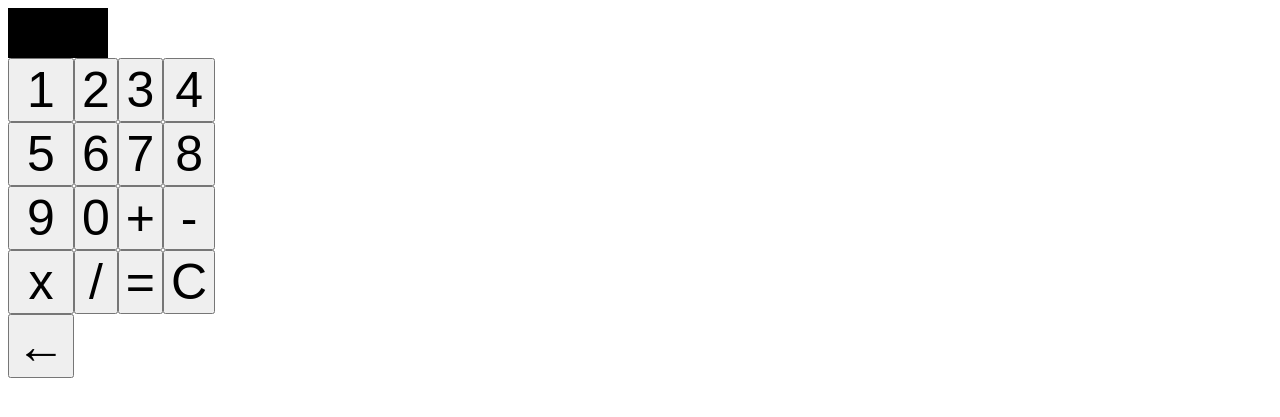
Repository: TEazy2433/LAB-calculator
Page: index.html
The author's editor kept a copy of each file at every save. The page is drawn from the files as they stood at one save, then again after the next save.
The browser window is 1280 px wide. The pictures show the whole page.

Above is the page before, as saved 2023-10-13 18:04:22.

### index.html
<!DOCTYPE html>
<html lang="en">
<head>
  <meta charset="UTF-8">
  <meta name="viewport" content="width=device-width, initial-scale=1.0">
  <title>calculator</title>
  <link rel="stylesheet" href="main.css">
</head>
<body>

  <div class="calculator">
    <div class="display">1</div>
    <div class="buttons">
      <button class="key">1</button>
      <button class="key">2</button>
      <button class="key">3</button>
      <button class="key">4</button>
      <button class="key">5</button>
      <button class="key">6</button>
      <button class="key">7</button>
      <button class="key">8</button>
      <button class="key">9</button>
      <button class="zero">0</button>
      <button class="operator">+</button>
      <button class="operator">-</button>
      <button class="operator">x</button>
      <button class="operator">/</button>
      <button class="operator">=</button>
      <button class="clear">C</button>
      <button class="Arrow">&#8592;</button>



    </div>
  </div>


</body>
</html>

### main.css
.calculator{
  width:100px;
}

.display{
  width: 100%;
  height: 50px;
  background: black;
}
.buttons{
  display: grid;
  grid-template-columns: repeat(4, 1fr);

}
button{
  font-size: 50px;
}

After the next save:
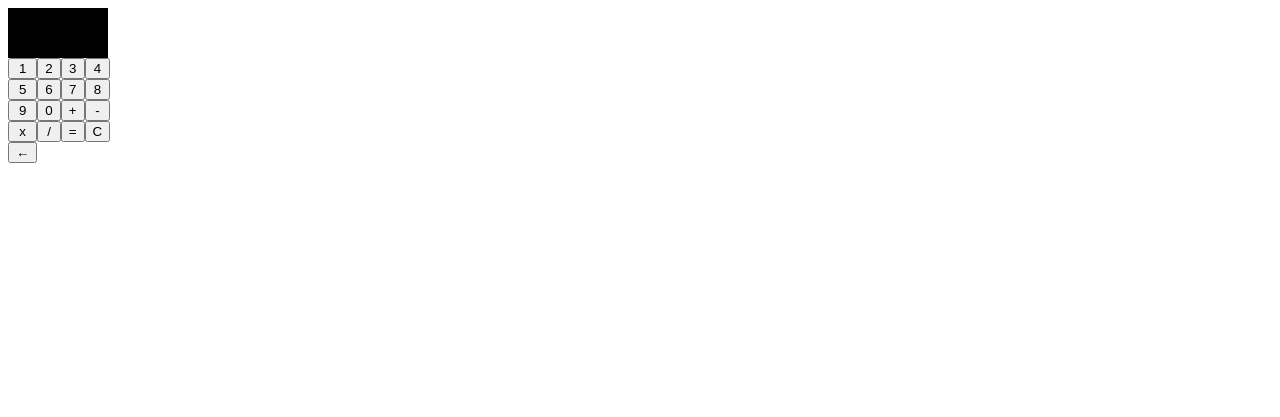
Saved 9 s later.
--- a/main.css
+++ b/main.css
@@ -13,5 +13,5 @@
 
 }
 button{
-  font-size: 50px;
+  f
 }
